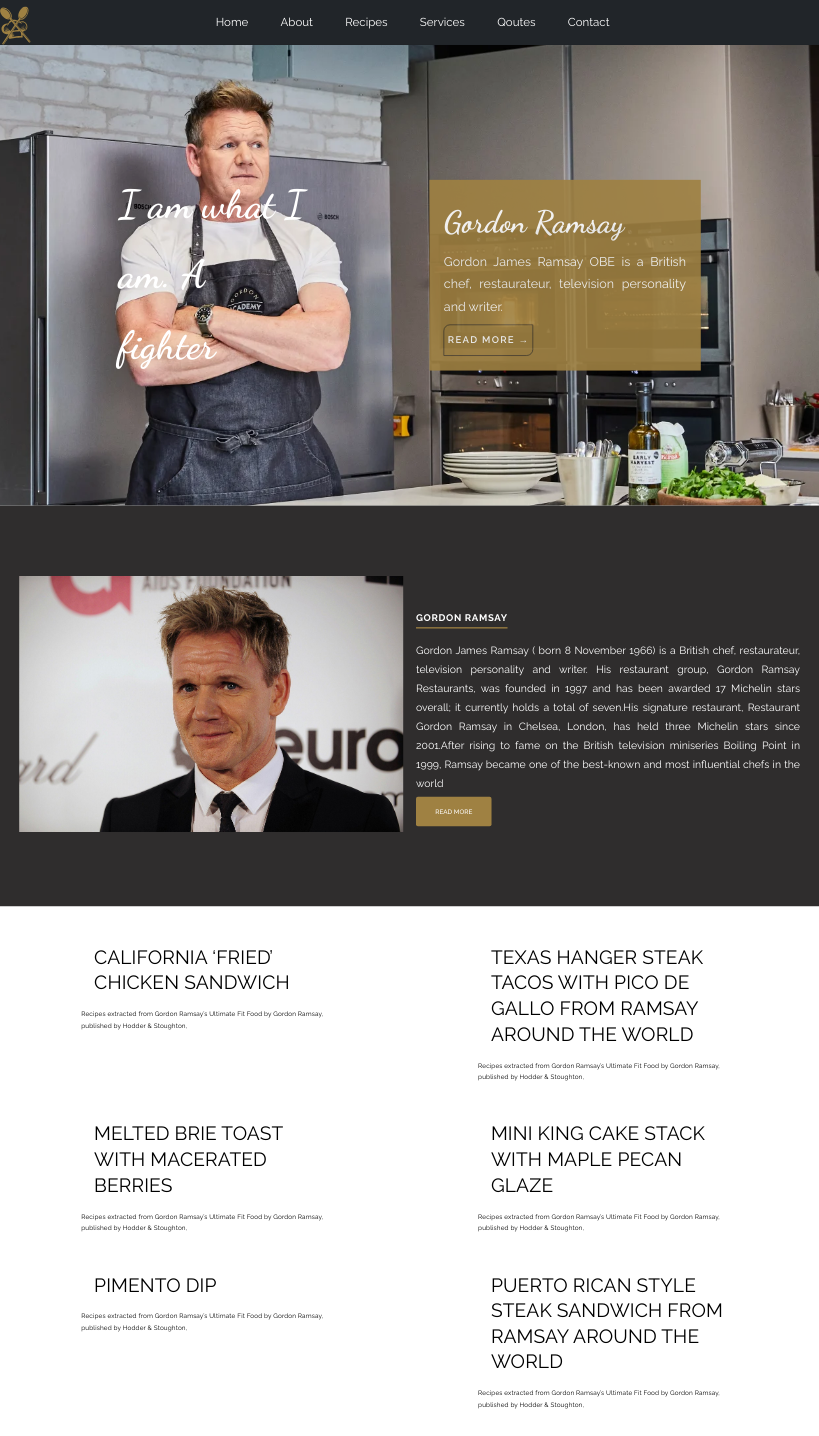
Repository: Esraa22M/Gordon-Ramsay-Biography
Page: index.html
These files come from the project's save history. The page is drawn as it stood at one moment and after the next save; the edit follows.
The browser window is 1280 px wide. The pictures show the whole page, at 64% of full size.
Backgrounds fixed to the window are drawn as part of the page. Some web libraries are served in a nearby version.

Above is the page before, as saved 2022-12-15 23:40:05.

### index.html
<!DOCTYPE html>
<html lang="en">

<head>
    <meta charset="UTF-8">
    <meta http-equiv="X-UA-Compatible" content="IE=edge">
    <meta name="viewport" content="width=device-width, initial-scale=1.0">
    <title>Gordon-Ramsay-Biography
    </title>
    <!-- google fonts -->
    <link rel="preconnect" href="https://fonts.googleapis.com">
    <link rel="preconnect" href="https://fonts.gstatic.com" crossorigin>
    <link
        href="https://fonts.googleapis.com/css2?family=Dancing+Script:wght@400;500;600;700&family=Raleway:ital,wght@0,100;0,200;0,300;0,400;0,500;0,600;0,700;0,800;0,900;1,100;1,200;1,300;1,400;1,500;1,600;1,700;1,800;1,900&display=swap"
        rel="stylesheet">
    <link href="https://fonts.googleapis.com/css2?family=Dancing+Script:wght@400;500;600;700&display=swap"
        rel="stylesheet">

    <!-- external style -->
    <link rel="stylesheet" href="style.css" />
    <!-- fontawsome -->
    <script src="https://kit.fontawesome.com/8684e53235.js" crossorigin="anonymous"></script>
    <!-- scripts -->
    <script src="main.js" defer></script>
</head>

<body>
    <!-- Asidebar Nav-->
    <!-- <aside id="aside-nav">
        <div class="aside--nav__content">
            <img src="./img/chef-logo.svg" alt="side Navbar logo" class="aside--nav__content__logo" loading="lazy">

            <nav class="aside-nav__content__nav" role="side nav">
                <ul class="aside--nav__content__nav--social">
                    <li><a href="#"><i class="fab fa-facebook-f"></i></a></li>
                    <li><a href="#"><i class="fab fa-twitter"></i></a></li>
                    <li><a href="#"><i class="fab fa-linkedin-in"></i></a></li>
                    <li><a href="#"><i class="fab fa-instagram"></i></a></li>
                    <li><a href="#"><i class="fab fa-dribbble"></i></a></li>
                    <li><a href="#"><i class="fa-brands fa-pinterest"></i></a></li>
                </ul>
            </nav>
        </div>
    </aside> -->
    <!-- Main Content -->
    <main>
        <header id="header">
            <div class="primary-nav-container">
                <img src="./img/chef-logo.svg" alt="side Navbar logo" class="aside--nav__content__logo" loading="lazy">

                <!-- hamburger icon -->
                <div class="header__primary-nav--hamburger">
                    <div class="line line-1"></div>
                    <div class="line line-2"></div>
                    <div class="line line-3"></div>
                </div>
                <!-- Primary Nav -->
                <nav id="header__primary-nav">

                    <ul class="header__primary-nav-links">
                        <li class="header__primary-nav-links--link-item"><a href="#"
                                class="header__primary-nav--nav-link">Home</a></li>
                        <li class="header__primary-nav-links--link-item"><a href="#"
                                class="header__primary-nav--nav-link">About</a></li>
                        <li class="header__primary-nav-links--link-item"><a href="#"
                                class="header__primary-nav--nav-link">Recipes</a></li>
                        <li class="header__primary-nav-links--link-item"><a href="#"
                                class="header__primary-nav--nav-link">Services</a></li>
                        <li class="header__primary-nav-links--link-item"><a href="#"
                                class="header__primary-nav--nav-link">Qoutes</a></li>
                        <li class="header__primary-nav-links--link-item"><a href="#"
                                class="header__primary-nav--nav-link">Contact</a></li>
                    </ul>
                </nav>
            </div>
        </header>
        <!-- hero section -->
        <section id="show-case">
            <h1 class="show-case__word">I am what I am. A fighter</h1>
            <div class="show-case__content">
                <h1 class="show-case__content-title"> Gordon Ramsay
                </h1>
                <p class="show-case__content--bio">Gordon James Ramsay OBE is a British chef,
                    restaurateur, television personality and
                    writer.
                </p>
                <a href="#" class="show-case__content--link">Read More &#8594
                </a>
            </div>
        </section>
        <!-- About me section -->
        <section id="about-chef">
            <div class="about-chef__img">
                <img src="./img/Dishes/aboutMe.jpg" alt="Gorden Ramzy" />
            </div>
            <div class="about-chef__content">
                <h2 class="about-chef__content--header"> Gordon Ramsay</h2>
                <p class="about-chef__content--description">Gordon James Ramsay ( born 8 November 1966) is a British
                    chef, restaurateur, television
                    personality and
                    writer. His restaurant group, Gordon Ramsay Restaurants, was founded in 1997 and has been awarded 17
                    Michelin stars
                    overall; it currently holds a total of seven.His signature restaurant, Restaurant Gordon Ramsay in
                    Chelsea,
                    London, has held three Michelin stars since 2001.After rising to fame on the British television
                    miniseries Boiling
                    Point in 1999, Ramsay became one of the best-known and most influential chefs in the world</p>
                <a href="#" class="about-chef__content--link">Read More</a>
            </div>
        </section>
        <!-- work section -->
        <section id="work">
            <div class="work__card">
                <!-- <img src="./img/Dishes/California-fried-chicken-sandwich.png" alt="recipe" loading="lazy" /> -->
                <section id="recipe">
                    <h2 class="recipe__name">CALIFORNIA ‘FRIED’ CHICKEN SANDWICH
                    </h2>
                    <p class="recipe__description">
                        Recipes extracted from Gordon Ramsay’s Ultimate Fit Food by Gordon Ramsay, published by Hodder &
                        Stoughton,
                    </p>
                </section>
            </div>
            <div class="work__card">
                <!-- <img src="./img/Dishes/CroppedFocusedImage.jpg" alt="recipe" loading="lazy" /> -->
                <section id="recipe">
                    <h2 class="recipe__name">TEXAS HANGER STEAK TACOS WITH PICO DE GALLO FROM RAMSAY AROUND THE WORLD

                    </h2>
                    <p class="recipe__description">
                        Recipes extracted from Gordon Ramsay’s Ultimate Fit Food by Gordon Ramsay, published by Hodder &
                        Stoughton,
                    </p>
                </section>
            </div>
            <div class="work__card">
                <!-- <img src="./img/Dishes/FruitsCake.png" alt="recipe" loading="lazy" /> -->
                <section id="recipe">
                    <h2 class="recipe__name">MELTED BRIE TOAST WITH MACERATED BERRIES


                    </h2>
                    <p class="recipe__description">
                        Recipes extracted from Gordon Ramsay’s Ultimate Fit Food by Gordon Ramsay, published by Hodder &
                        Stoughton,
                    </p>
                </section>
            </div>
            <div class="work__card">
                <!-- <img src="./img/Dishes/KingCake.jpg" alt="recipe" loading="lazy" /> -->
                <section id="recipe">
                    <h2 class="recipe__name">MINI KING CAKE STACK WITH MAPLE PECAN GLAZE

                    </h2>
                    <p class="recipe__description">
                        Recipes extracted from Gordon Ramsay’s Ultimate Fit Food by Gordon Ramsay, published by Hodder &
                        Stoughton,
                    </p>
                </section>
            </div>
            <div class="work__card">
                <!-- <img src="./img/Dishes/Lean-MACHINE-chicken-skewers.jpg" alt="recipe" loading="lazy" /> -->
                <section id="recipe">
                    <h2 class="recipe__name">PIMENTO DIP
                    </h2>
                    <p class="recipe__description">
                        Recipes extracted from Gordon Ramsay’s Ultimate Fit Food by Gordon Ramsay, published by Hodder &
                        Stoughton,
                    </p>
                </section>
            </div>
            <div class="work__card">
                <!-- <img src="./img/Dishes/Mushroomtoast.jpg" alt="recipe" loading="lazy" /> -->
                <section id="recipe">
                    <h2 class="recipe__name">PUERTO RICAN STYLE STEAK SANDWICH FROM RAMSAY AROUND THE WORLD
                    </h2>
                    <p class="recipe__description">
                        Recipes extracted from Gordon Ramsay’s Ultimate Fit Food by Gordon Ramsay, published by Hodder &
                        Stoughton,
                    </p>
                </section>
            </div>
        </section>

    </main>
</body>

</html>

### style.css
*,
*::after,
*::before {
  box-sizing: border-box;
  margin: 0;
  padding: 0;
}
/* utility components */
:root {
  font-size: 62.5%;
  /* colors */
  --clr-neutral-200: rgb(47, 45, 45);
  --clr-neutral-100: #212529;
  --clr-light: #ffff;
  --clr-primary: rgb(159, 129, 66);
  --ff-primary: "Raleway", sans-serif;

  --ff-secondary: "Dancing Script", cursive;
}
body {
  font-family: var(--ff-primary);
  line-height: 1.8;
  display: flex;
  width: 100vw;
}
ul {
  list-style: none;
}
:where(a:link),
:where(a:visited) {
  text-decoration: none;
  cursor: pointer;
  color: var(--clr-light);
}
/* -------------------Main Styling-------*/
/* ---side nav-- */
#aside-nav {
  position: sticky;
  /* top: 0; */
  /* left: 0; */
    z-index: 1100;
  background-color: lightgray;
  /* height: 100vh; */
}
.aside--nav__content {
  display: flex;
  justify-content: space-between;
  /* height: 100vh; */
  /* display: flex;
  flex-direction: column;
  justify-content: space-between;
  background-color: lightgray;
  align-items: center; */
}
.aside-nav__content__nav{
  display: flex;
  flex:1;
}
.aside-nav__content__nav ul {
  /* height: 100%; */
  display: flex;
  width: 100%;
  justify-content: space-evenly;
  align-items: center;
}
.aside--nav__content__logo {
  margin-top: 1rem;
  height: calc(3vw + 3vh);
  object-fit: cover;
}
/* Main content */
main {
  flex: 1;
}
/* ---Primary Nav ---*/
header#header {
  background-color: var(--clr-neutral-100);
  width: 100%;
   position: sticky;
  top:0;
  z-index: 1000;
  right: 0;
}
.primary-nav-container{
  display: flex;
  align-items: center;
  justify-content: space-between;
}
.navbar__scroll--style{
  background-color: var(--clr-light);
}
.navbar__scroll--style-link{
    color: var(--clr-neutral-100);

}
:where(#header__primary-nav) {

  height: calc(3vw + 3vh);
  width: 100%;
}
.header__primary-nav-links {
  display: flex;
  height: 100%;
  justify-content: center;
  align-items: center;

}
.header__primary-nav-links .header__primary-nav-links--link-item {
  padding-right: 3vw;

}
.header__primary-nav--nav-link {
  font-size: 1.8rem;
  text-transform: capitalize;
  position: relative;
  padding: 0.2rem 0.6rem;
}
.header__primary-nav--nav-link:link::before,
.header__primary-nav--nav-link:visited::before,
.header__primary-nav--nav-link:link::after,
.header__primary-nav--nav-link:visited::after {
  content: "";
  position: absolute;
  left: 0;
  width: 100%;
  height: 0.25rem;
  background-color: var(--clr-primary);
  transform: scaleX(0);
  transition: transform 0.6s cubic-bezier(1, 0, 0, 1);
}
.header__primary-nav--nav-link:link::before,
.header__primary-nav--nav-link:visited::before {
  top: 0;
  transform-origin: right;
}
.header__primary-nav--nav-link:link::after,
.header__primary-nav--nav-link:visited::after {
  bottom: 0;
  transform-origin: left;
}
.header__primary-nav--nav-link:hover::before,
.header__primary-nav--nav-link:active::before,
.header__primary-nav--nav-link:hover::after,
.header__primary-nav--nav-link:active::after {
  transform: scaleX(1);
}
/*-------------showcase section---------------*/
section#show-case {
  background-image: url("./img/GRA_Gordon_010921.webp");
  background-size: cover;
  object-fit: cover;
  background-attachment: fixed;
  background-position: 20%;
  height: 100vh;
  color: var(--clr-light);
  display: flex;
  justify-content: space-evenly;
  padding: 5rem 0;
  align-items: center;
}
.show-case__content {
  background-color: var(--clr-primary);
  opacity: 0.9;
  padding: calc(1rem + 1vw);
  min-height: calc(4rem + 20vmax);
  width: calc(4rem + 30vmax);
  display: flex;
  flex-direction: column;
  justify-content: space-between;
  animation: hero 2s ease-in-out;
}
@keyframes hero {
  0% {
    transform: translateX(-60rem) rotate(369deg);
    opacity: 0;
  }
  100% {
    transform: translateX(0);
    opacity: 1;
  }
}
.show-case__word {
  width: 30rem;
  font-size: calc(1rem + 4vw);
}
.show-case__content-title {
  font-size: calc(1rem + 3vw);
}
.show-case__content-title,
.show-case__word {
  font-family: var(--ff-secondary);
}
.show-case__content--bio {
  font-size: calc(1rem + 0.75vw);
  text-align: justify;
}
.show-case__content--link:visited,
.show-case__content--link:link {
  padding: 1rem 0;
  transition: all 0.5s ease-in-out;
  width: 14rem;
  text-align: center;
  margin-top: 1rem;

  text-transform: uppercase;
  font-size: 1.5rem;
  position: relative;
  border: 1px solid var(--clr-neutral-200);
  border-bottom-right-radius: 1rem 1rem;
  border-top-left-radius: 1rem 1rem;
  font-weight: 600;
  letter-spacing: 0.2rem;
}
.show-case__content--link:visited::after,
.show-case__content--link:link::after {
  content: "";
  position: absolute;
  z-index: -2;
  inset: 0;
  background-color: var(--clr-neutral-200);
  transform: scaleX(0);
  transform-origin: right;
  transition: transform 0.4s;
}
.show-case__content--link:visited:hover,
.show-case__content--link:link:hover {
  border-radius: unset;
  border: unset;
}
.show-case__content--link:hover::after,
.show-case__content--link:active::after {
  transform: scaleX(1);
  transform-origin: left;
}

/* work section */
section#work {
  display: flex;
  flex-wrap: wrap;
  justify-content: center;
  padding: 2rem;
}
div.work__card {
  padding: 2rem;
  flex-grow: 1;
  flex-basis: 60rem;
}
div.work__card img {
  width: 100%;
  height: 100%;
  object-fit: cover;
}
/*recipe*/
#recipe >*{
  font-weight: 400;
  font-family: var(--ff-primary);
  width:70%;
    letter-spacing: 0.2px;

  margin: auto;
}
.recipe__name{

  font-size: 3rem;
  text-transform: uppercase;
  line-height: 4rem;
  text-align: left;
  padding: 2rem;
}
.recipe__description{
}
/* ---About Chef---- */
section#about-chef {
  display: flex;
  justify-content: space-around;
  align-items: center;
  flex-wrap: wrap;
  padding: 10rem 2rem;
  color: var(--clr-light);
  background-color: var(--clr-neutral-200);
}
.about-chef__img,
.about-chef__content {
  flex-basis: 60rem;
  flex-grow: 1;
  padding: 1rem;
}
.about-chef__img img {
  max-width: 100%;
  height: 100%;
  object-fit: cover;
}
.about-chef__content--header {
  text-transform: uppercase;
  position: relative;
  width: fit-content;
  letter-spacing: 0.1rem;
  margin: 2rem 0;
  padding: 0.25em 0;
  flex-grow: 0;
  font-size: var(2rem + 4vw);
}
.about-chef__content--header::after {
  content: "";
  position: absolute;
  width: 100%;
  bottom: 0;
  left: 0;
  height: 0.25rem;
  background-color: var(--clr-primary);
}
.about-chef__content--description {
  font-size: calc(1rem + 0.5vw);
  margin-bottom: 2rem;
  text-align: justify;
}
.about-chef__content--link:link,
.about-chef__content--link:visited {
  background-color: var(--clr-primary);
  line-height: 1.9;
  margin-top: 1em;
  padding: 1.75em 3em;
  font-size: 1rem;
  font-weight: 500;
  text-transform: uppercase;
  border-radius: 0.3em;
  transform: all 0.5s;

  transition-timing-function: linear;
}
.about-chef__content--link:link:hover,
.about-chef__content--link:visited:hover {
  background-color: var(--clr-neutral-200);
  border: 1px solid var(--clr-primary);
}

@media screen and (max-width: 950px) {
  /* aside */
  body{
    flex-direction: column-reverse;
  }
  /*showcase section**/
  section#show-case {
    background-image: url(./img/GRA_Gordon.png);
    justify-content: space-evenly;
    align-items: flex-end;
    flex-direction: column;
    background-position: 10%;
  }
  .show-case__content,
  .show-case__word {
    width: 50%;
    margin-right: 1rem;
  }

}
/* max width (610px) */
@media screen and (max-width: 610px) {

  .primary-nav-container {
    position: relative;

  }
  :where(#header__primary-nav) {
    width: 30rem;
    height: 100%;
    position: fixed;
    background-color: var(--clr-neutral-200);
    top: 0;
    right: 0;
    z-index: 100;
    opacity: 0;
    text-align: center;
  }
  .main__nav--position {
    opacity: 1;
  }
  .header__primary-nav-links {
    flex-direction: column;
    align-items: flex-start;
  }
/* aside */
.aside--nav__content__nav--social a i {
    font-size: calc(1rem + 2vw);
  }
  /* .header__primary-nav-links::after {
    content: "";
    position: absolute;
    height: 50%;
    width: 50%;
    opacity: 0.8;
    z-index: -1;
    border-radius: 10px 5% / 20px 25em 30px 35em;

    background-color: var(--clr-neutral-100);
    box-shadow: 0 0 0.3rem 0.1rem var(--clr-primary);
    left: 2rem;
  } */
.primary-nav-container{
  padding: 1.5rem 1rem;
}
  .header__primary-nav-links :where(.header__primary-nav-links--link-item) {
    margin-bottom: 4vh;
    margin-left: 6vw;
    opacity: 0;
  }

  .header__primary-nav--hamburger {
    width: 5rem;
    height: 5rem;
    position: fixed;
    z-index: 200;
    top: 2rem;
    right: 3rem;
    background-color: var(--clr-neutral-200);
    cursor: pointer;
    border-radius: 50%;
    padding: 1rem;
    display: flex;
    flex-direction: column;
    justify-content: space-around;
  }
  .line {
    width: 100%;
    height: 0.3rem;
    background-color: var(--clr-light);
    border-radius: 0.2rem;
    transition: all 0.4s ease-in-out;
  }
  .primary-nav-container[aria-expanded="true"] .line-1 {
    transform: rotateZ(-405deg) translate(-1.25rem);
  }
  .primary-nav-container[aria-expanded="true"] .line-2 {
    opacity: 0;
  }
  .primary-nav-container[aria-expanded="true"] .line-3 {
    transform: rotateZ(45deg) translate(-1.5rem);
  }
  .fade {
    opacity: 1;
  }
  section#show-case {
    background-position: 10%;
    align-items: center;
  }
  .show-case__content,
  .show-case__word {
    width: 80%;
  }
}

### main.js
"use strict";
/*----------primary nav------------*/
const mainNavContainer = document.querySelector(".primary-nav-container");
const hamburgerContainer = document.querySelector("#header__primary-nav");
const hamburger = document.querySelector(".header__primary-nav--hamburger");
const links = document.querySelectorAll(".header__primary-nav-links li");
let handleMainNavbarExpantion = function () {
  hamburgerContainer.classList.contains("main__nav--position")
    ? mainNavContainer.setAttribute("aria-expanded", false)
    : mainNavContainer.setAttribute("aria-expanded", true);
  hamburgerContainer.classList.toggle("main__nav--position");
  links.forEach((link, i) => {
    link.style.transition = `all 0.5s ease-in-out ${i * 0.2 + 0.2}s`;
    link.classList.toggle("fade");
  });
};
hamburger.addEventListener("click", handleMainNavbarExpantion);
///////////////////////////////////////
// Button scrolling
const readMoreButton = document.querySelector(".show-case__content--link");
console.log(readMoreButton);
const aboutChefSection = document.querySelector("#about-chef");
readMoreButton.addEventListener("click", function (e) {
  e.preventDefault();
  aboutChefSection.scrollIntoView({
    behavior: "smooth",
  });
});
////////////////////////////////////////////
/////Sticky Navbar scrolling behaviour///
const showCase = document.querySelector("#show-case");
const headerPrimaryNav = document.querySelector("#header__primary-nav");
const headerPrimaryNavLink = document.querySelectorAll(
  ".header__primary-nav--nav-link"
);
const stuckyObserverCallBack = function (enteries, observer) {
  const [entry] = enteries;
  //.navbar__scroll--style
  if (!entry.isIntersecting) {
    headerPrimaryNav.classList.add("navbar__scroll--style");
    headerPrimaryNavLink.forEach((link) =>
      link.classList.add("navbar__scroll--style-link")
    );
  } else {
    headerPrimaryNav.classList.remove("navbar__scroll--style");
    headerPrimaryNavLink.forEach((link) =>
      link.classList.remove("navbar__scroll--style-link")
    );
  }
};
const observerOptions = {
  root: null,
  threshold: 0.1,

};
const observer = new IntersectionObserver(
  stuckyObserverCallBack,
  observerOptions
);
observer.observe(showCase);

Loaded but not shown: img/chef-logo.svg (8 lines, source omitted)

After the next save:
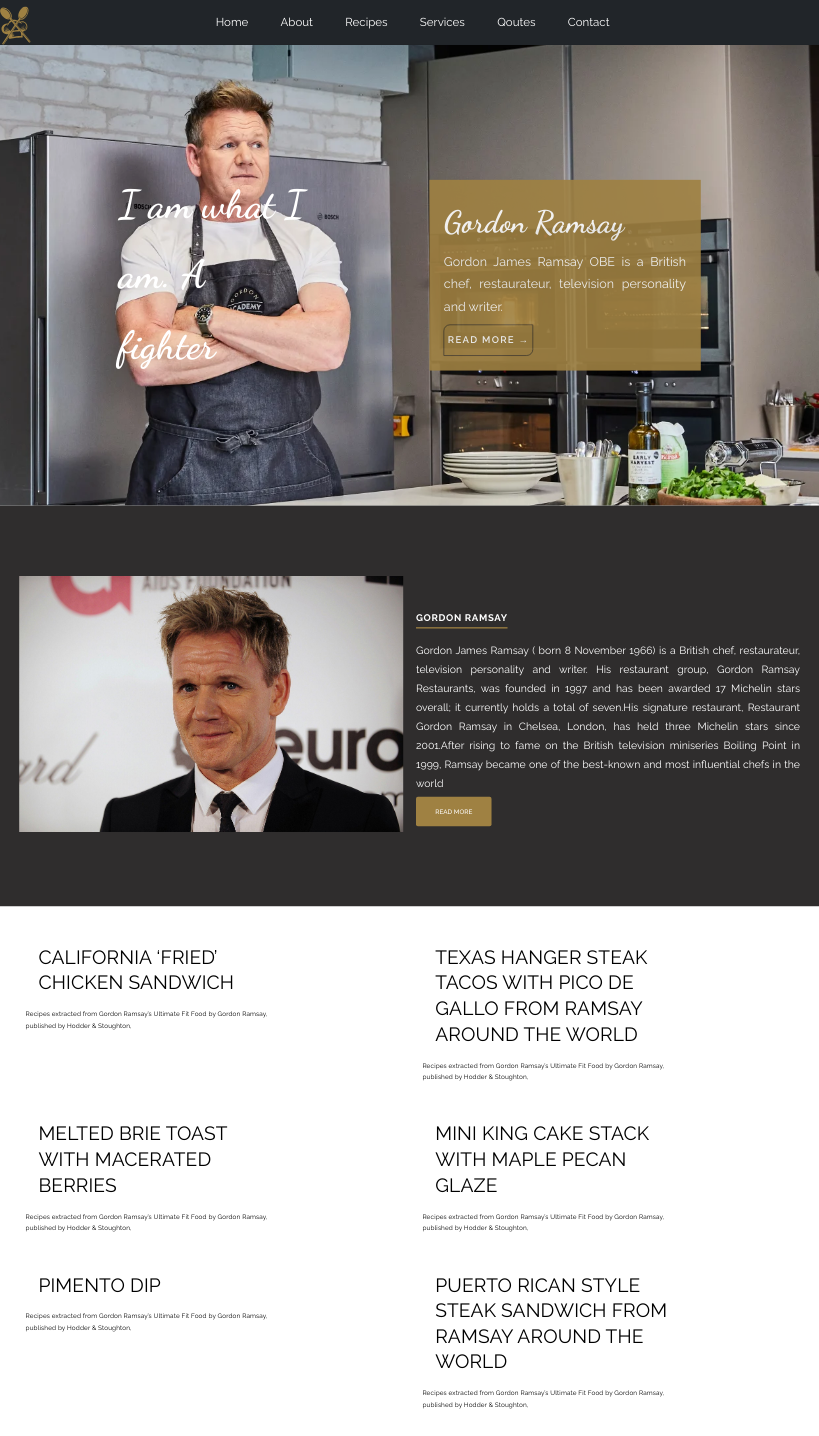
Saved 17 s later.
--- a/style.css
+++ b/style.css
@@ -251,11 +251,14 @@
   object-fit: cover;
 }
 /*recipe*/
+#recipe{
+  width:70%;
+
+}
 #recipe >*{
   font-weight: 400;
   font-family: var(--ff-primary);
-  width:70%;
-    letter-spacing: 0.2px;
+  letter-spacing: 0.2px;
 
   margin: auto;
 }
